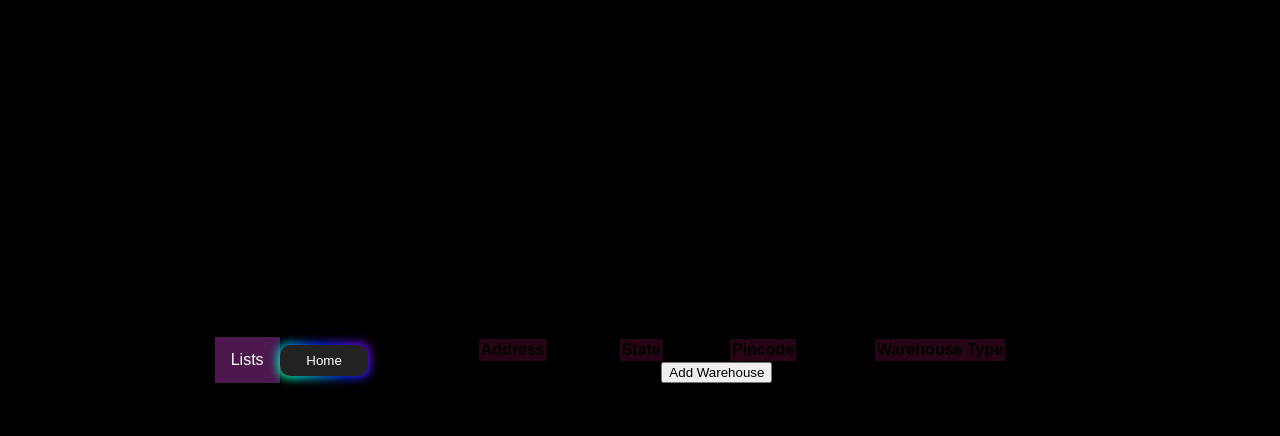
Repository: VetriselvanArumugam/Warehouse-Project
Page: http://localhost/WarehouseProject/WEB-INF/views/list-warehouse-form.jsp
These files come from the project's save history. The page is drawn as it stood at one moment and after the next save; the edit follows.
The browser window is 1280 px wide. The pictures show the whole page.
The page is served by Tomcat 9. Nobody is signed in. The template is opened directly, without the code that normally fills it, so the values that code supplies are empty.

Above is the page before, as saved 2022-08-19 04:23:48.

After the next save:
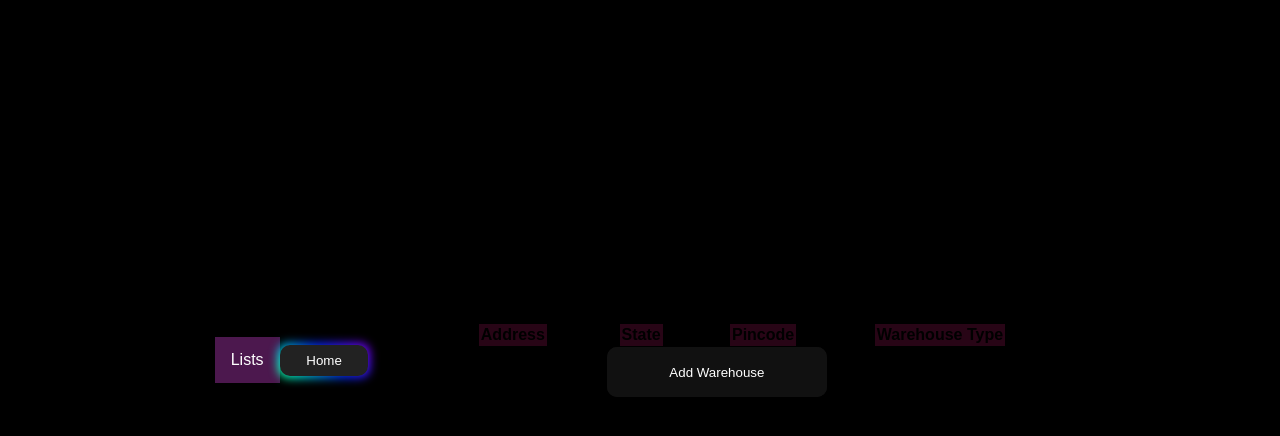
Saved 79 s later.
--- a/Pictures/eclipse-june-workspace/WarehouseProject/src/main/webapp/WEB-INF/views/list-warehouse-form.jsp
+++ b/Pictures/eclipse-june-workspace/WarehouseProject/src/main/webapp/WEB-INF/views/list-warehouse-form.jsp
@@ -61,7 +61,7 @@
 				</c:forEach>
 		</table>
 		<div>
-	<a href="/warehouse/addform"><button class="button-81" role="button">Add Warehouse</button></a>
+	<a href="/warehouse/addform"><button class="glow-on-hover" type="button">Add Warehouse</button></a>
 	</div>
 	</div>
 </body>

After the save that followed:
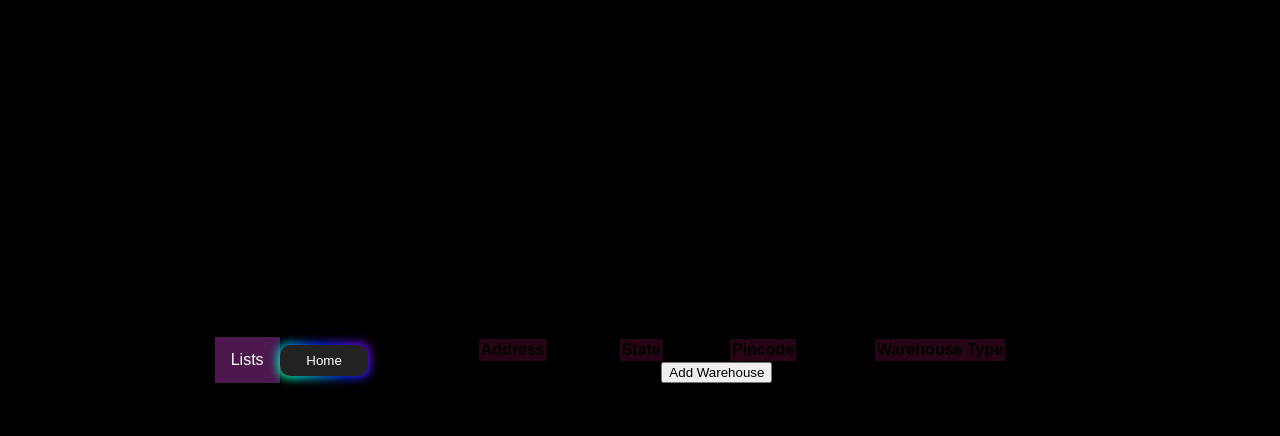
Saved 4 min 11 s later.
--- a/Pictures/eclipse-june-workspace/WarehouseProject/src/main/webapp/WEB-INF/views/list-warehouse-form.jsp
+++ b/Pictures/eclipse-june-workspace/WarehouseProject/src/main/webapp/WEB-INF/views/list-warehouse-form.jsp
@@ -61,7 +61,7 @@
 				</c:forEach>
 		</table>
 		<div>
-	<a href="/warehouse/addform"><button class="glow-on-hover" type="button">Add Warehouse</button></a>
+	<a href="/warehouse/addform"><button class="button-88" role="button">Add Warehouse</button></a>
 	</div>
 	</div>
 </body>
